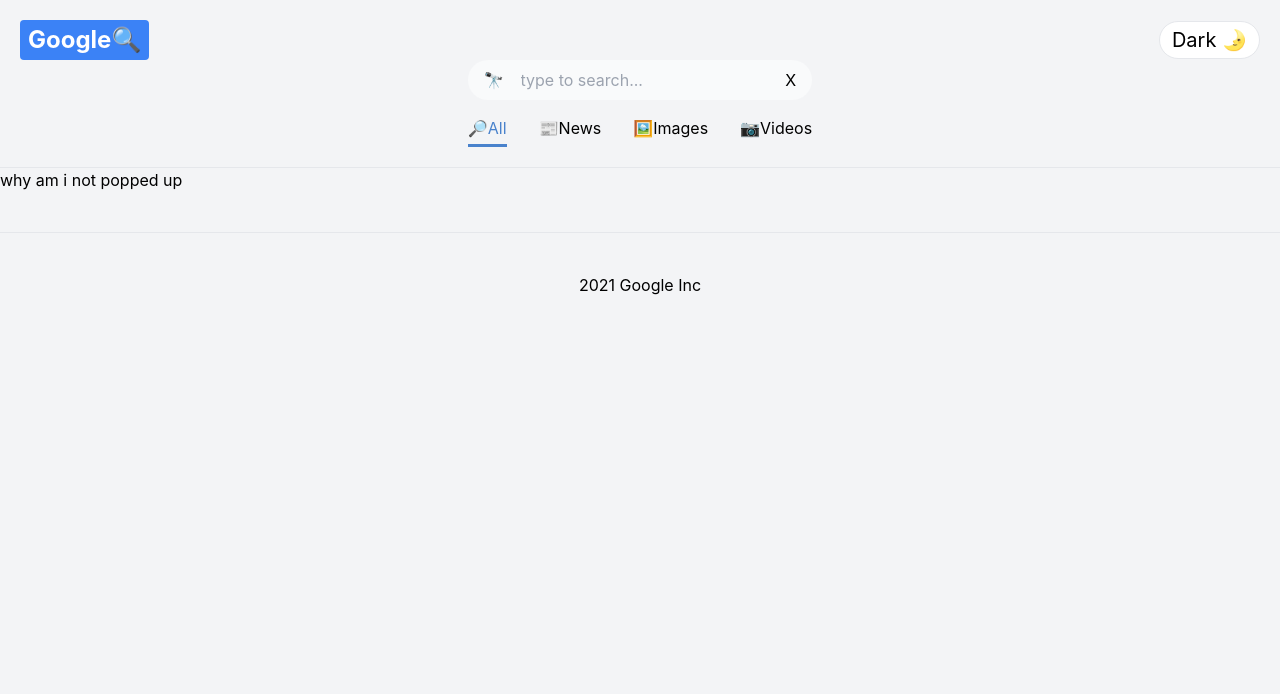
Repository: duck2913/google-search-clone
Page: /
An editor plug-in stored every save of this project. The page is shown before and after the next save, followed by the edit.
The browser window is 1280 px wide. The pictures show the whole page.
The project was rebuilt for these pictures with package versions that can differ from the ones it lists, and the page was loaded fresh each time. Also part of the build but not shown: src/App.css, src/routes/Images.tsx, src/routes/Video.tsx, src/routes/News.tsx.

Above is the page before, as saved 2022-05-25 16:04:47.

### src/index.tsx
import ReactDOM from "react-dom/client";
import "./index.css";
import App from "./App";
import { BrowserRouter, Route, Routes } from "react-router-dom";
import ResultContextProvider from "./contexts/ResultContextProvider";
import Images from "./routes/Images";
import Video from "./routes/Video";
import News from "./routes/News";
import Results from "./routes/Results";

const root = ReactDOM.createRoot(document.getElementById("root") as HTMLElement);
root.render(
	<ResultContextProvider>
		<BrowserRouter>
			<Routes>
				<Route path="/" element={<App />}>
					<Route index element={<Results />}></Route>
					<Route path="/images" element={<Images />}></Route>
					<Route path="/video" element={<Video />}></Route>
					<Route path="/news" element={<News />}></Route>
				</Route>
			</Routes>
		</BrowserRouter>
	</ResultContextProvider>,
);

### src/index.css
@tailwind base;
@tailwind components;
@tailwind utilities;

body {
	margin: 0;
	font-family: -apple-system, BlinkMacSystemFont, "Segoe UI", "Roboto", "Oxygen", "Ubuntu",
		"Cantarell", "Fira Sans", "Droid Sans", "Helvetica Neue", sans-serif;
	-webkit-font-smoothing: antialiased;
	-moz-osx-font-smoothing: grayscale;
}

code {
	font-family: source-code-pro, Menlo, Monaco, Consolas, "Courier New", monospace;
}

### src/App.tsx
import { useState } from "react";
import Navbar from "./components/Navbar";
import Footer from "./components/Footer";
import { Outlet } from "react-router-dom";
import "./App.css";

const App = () => {
	const [darkTheme, setDarkTheme] = useState<boolean>(false);

	return (
		<div className={darkTheme ? "dark" : ""}>
			<div className="bg-gray-100 dark:bg-slate-900 dark:text-gray-200 min-h-screen">
				<Navbar setDarkTheme={setDarkTheme} darkTheme={darkTheme} />
				<Outlet />
				<Footer />
			</div>
		</div>
	);
};

export default App;

### src/contexts/ResultContextProvider.tsx
import { createContext, useState } from "react";
const baseUrl = "https://google-search3.p.rapidapi.com/api/v1";

export const ResultContext = createContext({
	getResults: (type: "/video" | "/news" | "/images") => {},
});

function ResultContextProvider({ children }) {
	const [results, setResults] = useState();
	const [isLoading, setIsLoading] = useState(false);
	const [searchTerm, setSearchTerm] = useState<string>("");

	async function getResults(type: "/video" | "/news" | "/images") {
		setIsLoading(true);
		const res = await fetch(`${baseUrl}${type}`, {
			method: "GET",
			headers: {
				"X-User-Agent": "desktop",
				"X-Proxy-Location": "EU",
				"X-RapidAPI-Host": "google-search3.p.rapidapi.com",
				"X-RapidAPI-Key": "e5a0e50ddbmsh09d456ae545928ap1e085fjsn4cf30a7b8d04",
			},
		});
		const data = await res.json();
		setResults(data);
		setIsLoading(false);
	}

	const ctx = {
		results: results,
		isLoading: isLoading,
		searchTerm: searchTerm,
		getResults: getResults,
		setSearchTerm: setSearchTerm,
	};
	return <ResultContext.Provider value={ctx}>{children}</ResultContext.Provider>;
}

export default ResultContextProvider;

### src/routes/Results.tsx
const Results = () => {
	return <div className="h-100">why am i not popped up</div>;
};

export default Results;

### src/components/Navbar.tsx
import { Link } from "react-router-dom";
import Search from "./Search";

interface Props {
	darkTheme: boolean;
	setDarkTheme: React.Dispatch<React.SetStateAction<boolean>>;
}

const Navbar = ({ setDarkTheme, darkTheme }: Props) => {
	return (
		<div className="p-5 flex flex-wrap justify-center items-center border-b dark:border-gray-700">
			<div className="flex justify-between items-center space-x-5 w-screen">
				<Link to="/">
					<p className="text-2xl bg-blue-500 font-bold text-white py-1 px-2 rounded dark:bg-gray-500 dark:text-white-500">
						Google🔍
					</p>
				</Link>
				<button
					className="text-xl dark:bg-gray-50 bg-white border rounded-full px-3 py-1 dark:text-slate-800"
					onClick={() => {
						setDarkTheme((curTheme) => !curTheme);
					}}
				>
					{darkTheme ? "Light 💡" : "Dark 🌛"}
				</button>
			</div>
			<Search />
		</div>
	);
};
export default Navbar;

### src/components/Footer.tsx
const Footer = () => {
	return (
		<div className="text-center p-10 mt-10 border-t dark:border-gray-700 border-gray-200">
			<h1>2021 Google Inc</h1>
		</div>
	);
};

export default Footer;

### src/Components/Search.tsx
import { NavLink } from "react-router-dom";

const Search = () => {
	const activeStyle = {
		color: "#4982cc",
		borderBottom: "3px solid #4982cc",
		paddingBottom: "4px",
	};
	return (
		<div className="wrapper flex flex-col">
			<div className="search-bar bg-gray-50 flex items-center rounded-3xl px-4 py-2 gap-2 justify-between dark:text-gray-700 ">
				<p>🔭</p>
				<input
					type="text"
					className="bg-gray-50 focus:outline-none"
					placeholder="type to search..."
				/>
				<button>X</button>
			</div>
			<div className="nav-links flex gap-8 mt-4">
				<NavLink to="/" style={({ isActive }) => (isActive ? activeStyle : undefined)}>
					🔎All
				</NavLink>
				<NavLink to="/news" style={({ isActive }) => (isActive ? activeStyle : undefined)}>
					📰News
				</NavLink>
				<NavLink
					to="/images"
					style={({ isActive }) => (isActive ? activeStyle : undefined)}
				>
					🖼️Images
				</NavLink>
				<NavLink to="/video" style={({ isActive }) => (isActive ? activeStyle : undefined)}>
					📷Videos
				</NavLink>
			</div>
		</div>
	);
};

export default Search;

### tailwind.config.js
module.exports = {
	content: ["./src/**/*.{js,jsx,ts,tsx}"],
	theme: {
		extend: {},
	},
	darkMode: "class",
	plugins: [],
};

Loaded but not shown: public/index.html (common file)

After the next save:
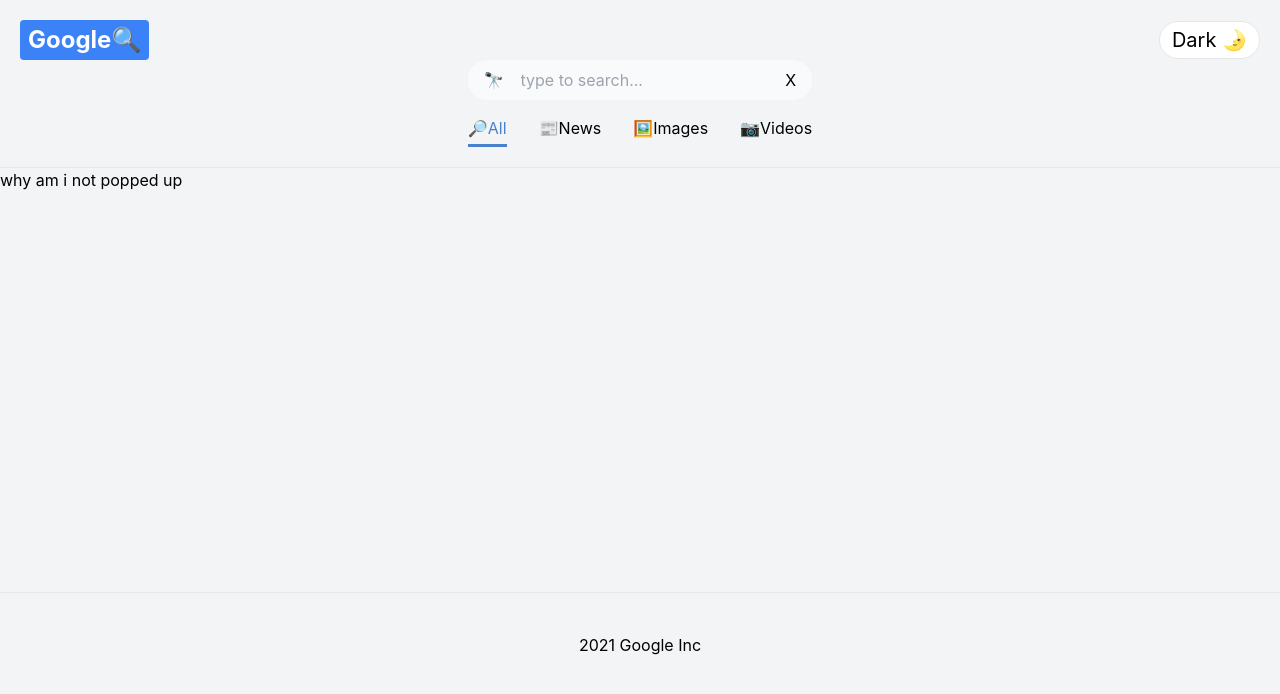
Saved 31 s later.
--- a/src/routes/Results.tsx
+++ b/src/routes/Results.tsx
@@ -1,5 +1,5 @@
 const Results = () => {
-	return <div className="h-100">why am i not popped up</div>;
+	return <div className="h-96">why am i not popped up</div>;
 };
 
 export default Results;
